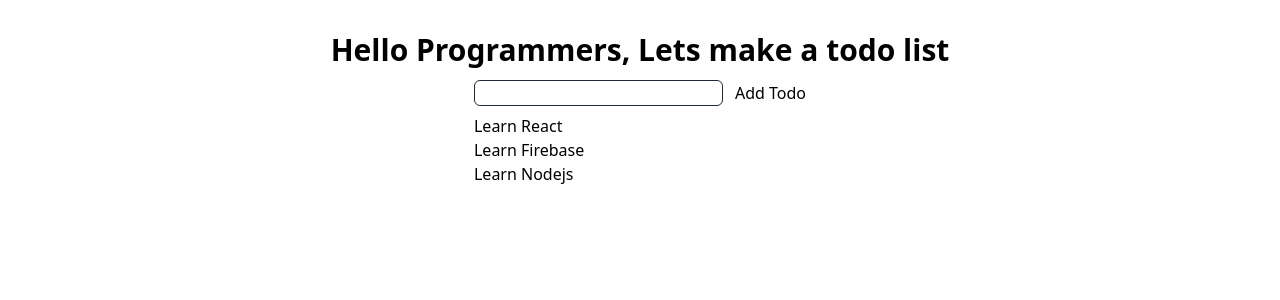
Repository: Shamraiz761/todo_list
Page: /
The author's editor kept a copy of each file at every save. The page is drawn from the files as they stood at one save, then again after a run of saves.
The browser window is 1280 px wide. The pictures show the whole page.
The project was rebuilt for these pictures with package versions that can differ from the ones it lists, and the page was loaded fresh each time. Also part of the build but not shown: vite.config.js.

Above is the page before, as saved 2024-01-11 22:38:25.

After the next 3 saves:
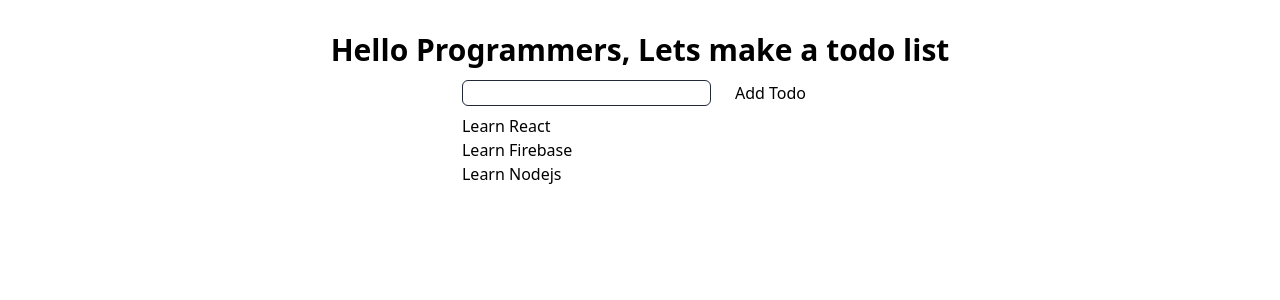
The 3 saves are shown as one change because they came seconds apart.
The last was saved 7 s later.
--- a/src/App.jsx
+++ b/src/App.jsx
@@ -29,7 +29,7 @@ function App() {
                 setInput(e.target.value);
               }}
             />
-            <button className="btn btn" onClick={addTodo}>Add Todo</button>
+            <button className="px-3 " onClick={addTodo}>Add Todo</button>
           </form>
           <ul className="mt-2">
             {todo.map((item, index) => {
